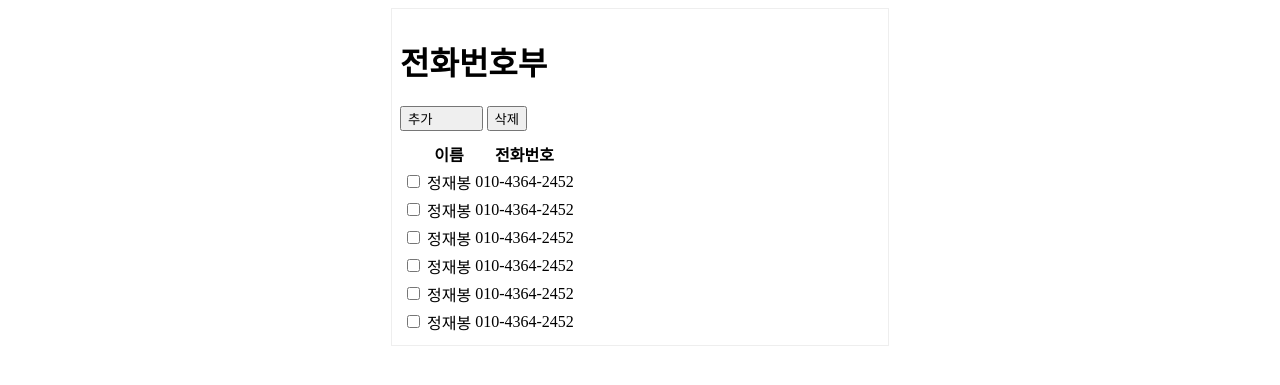
Repository: limjh0513/DGSW_JAVA
Page: 2학기/JAVA_WEB/web/src/main/webapp/phoneBook/phoneBook.html
An editor plug-in stored every save of this project. The page is shown before and after the next save, followed by the edit.
The browser window is 1280 px wide. The pictures show the whole page.

Above is the page before, as saved 2021-11-03 02:13:56.

After the next save:
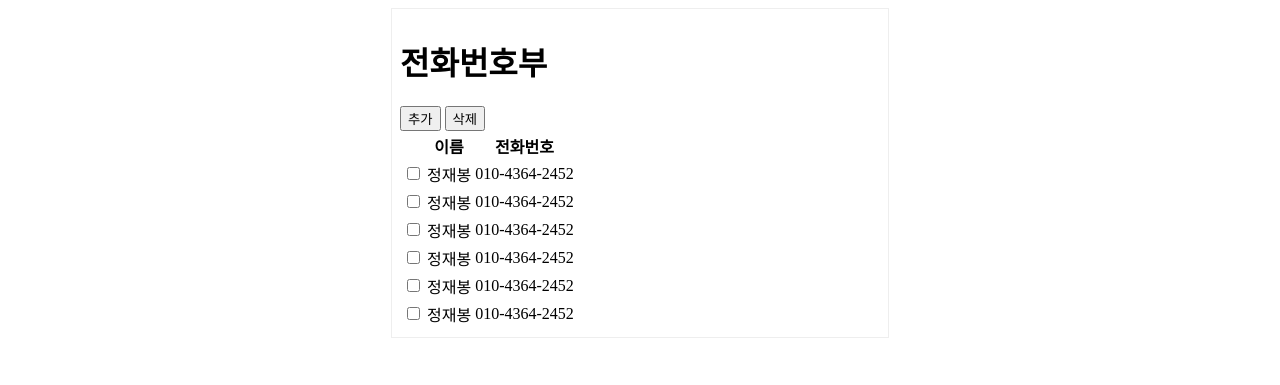
Saved 29 s later.
--- a/2학기/JAVA_WEB/web/src/main/webapp/phoneBook/phoneBook.html
+++ b/2학기/JAVA_WEB/web/src/main/webapp/phoneBook/phoneBook.html
@@ -9,7 +9,7 @@
 	<div class="main">
 		<h1>전화번호부</h1>
 		<div >
-			<button class="btn">추가</button>
+			<button>추가</button>
 			<button>삭제</button>
 		</div>
 
